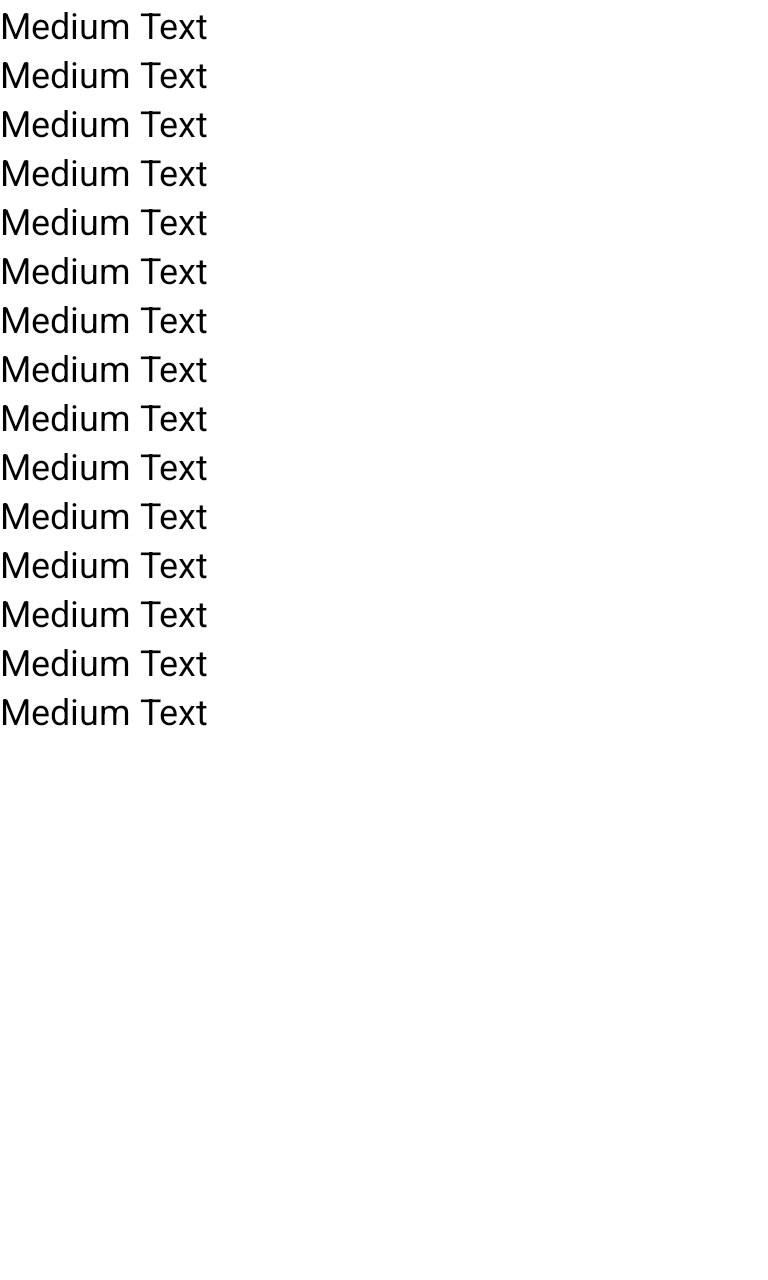
Repository: hieu19926/Non_cable_networking
Layout: SecondGraders/res/layout/mucluc.xml
An editor plug-in stored every save of this project. The layout is shown before and after the next save, followed by the edit.
It is drawn on a 768 x 1280 px phone screen (xhdpi) without system bars, with theme AppTheme; the app's code is not run.

Above is the layout before, as saved 2014-10-05 07:42:48.

### SecondGraders/res/layout/mucluc.xml
<?xml version="1.0" encoding="utf-8"?>
<LinearLayout xmlns:android="http://schemas.android.com/apk/res/android"
    android:id="@+id/LinearLayout1"
    android:layout_width="match_parent"
    android:layout_height="match_parent"
    android:orientation="vertical" >

    <ScrollView
        android:id="@+id/scrollView1"
        android:layout_width="wrap_content"
        android:layout_height="wrap_content" >

        <LinearLayout
            android:layout_width="match_parent"
            android:layout_height="match_parent"
            android:orientation="vertical" >

            <TextView
                android:id="@+id/TextView12"
                android:layout_width="wrap_content"
                android:layout_height="wrap_content"
                android:text="Medium Text"
                android:textAppearance="?android:attr/textAppearanceMedium" />

            <TextView
                android:id="@+id/TextView11"
                android:layout_width="wrap_content"
                android:layout_height="wrap_content"
                android:text="Medium Text"
                android:textAppearance="?android:attr/textAppearanceMedium" />

            <TextView
                android:id="@+id/TextView10"
                android:layout_width="wrap_content"
                android:layout_height="wrap_content"
                android:text="Medium Text"
                android:textAppearance="?android:attr/textAppearanceMedium" />

            <TextView
                android:id="@+id/TextView09"
                android:layout_width="wrap_content"
                android:layout_height="wrap_content"
                android:text="Medium Text"
                android:textAppearance="?android:attr/textAppearanceMedium" />

            <TextView
                android:id="@+id/TextView08"
                android:layout_width="wrap_content"
                android:layout_height="wrap_content"
                android:text="Medium Text"
                android:textAppearance="?android:attr/textAppearanceMedium" />

            <TextView
                android:id="@+id/TextView07"
                android:layout_width="wrap_content"
                android:layout_height="wrap_content"
                android:text="Medium Text"
                android:textAppearance="?android:attr/textAppearanceMedium" />

            <TextView
                android:id="@+id/TextView06"
                android:layout_width="wrap_content"
                android:layout_height="wrap_content"
                android:text="Medium Text"
                android:textAppearance="?android:attr/textAppearanceMedium" />

            <TextView
                android:id="@+id/TextView05"
                android:layout_width="wrap_content"
                android:layout_height="wrap_content"
                android:text="Medium Text"
                android:textAppearance="?android:attr/textAppearanceMedium" />

            <TextView
                android:id="@+id/TextView04"
                android:layout_width="wrap_content"
                android:layout_height="wrap_content"
                android:text="Medium Text"
                android:textAppearance="?android:attr/textAppearanceMedium" />

            <TextView
                android:id="@+id/TextView03"
                android:layout_width="wrap_content"
                android:layout_height="wrap_content"
                android:text="Medium Text"
                android:textAppearance="?android:attr/textAppearanceMedium" />

            <TextView
                android:id="@+id/TextView02"
                android:layout_width="wrap_content"
                android:layout_height="wrap_content"
                android:text="Medium Text"
                android:textAppearance="?android:attr/textAppearanceMedium" />

            <TextView
                android:id="@+id/TextView01"
                android:layout_width="wrap_content"
                android:layout_height="wrap_content"
                android:text="Medium Text"
                android:textAppearance="?android:attr/textAppearanceMedium" />

            <TextView
                android:id="@+id/textView1"
                android:layout_width="wrap_content"
                android:layout_height="wrap_content"
                android:text="Medium Text"
                android:textAppearance="?android:attr/textAppearanceMedium" />

            <TextView
                android:id="@+id/textView2"
                android:layout_width="wrap_content"
                android:layout_height="wrap_content"
                android:text="Medium Text"
                android:textAppearance="?android:attr/textAppearanceMedium" />

            <TextView
                android:id="@+id/textView3"
                android:layout_width="wrap_content"
                android:layout_height="wrap_content"
                android:text="Medium Text"
                android:textAppearance="?android:attr/textAppearanceMedium" />

        </LinearLayout>

    </ScrollView>

</LinearLayout>

Loaded but not shown: SecondGraders/res/values/styles.xml (common file); SecondGraders/res/values-v11/styles.xml (common file); SecondGraders/res/values-v14/styles.xml (common file)

After the next save:
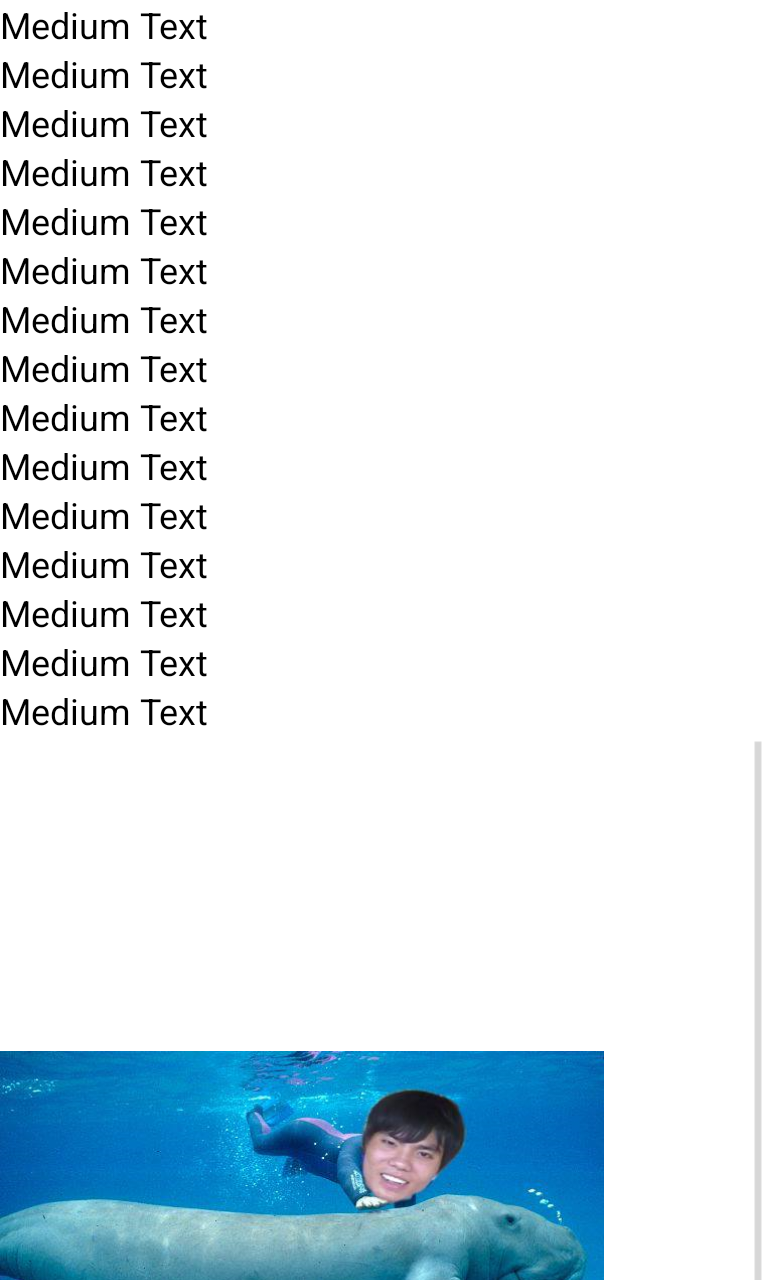
Saved 12 min 9 s later.
--- a/SecondGraders/res/layout/mucluc.xml
+++ b/SecondGraders/res/layout/mucluc.xml
@@ -1,14 +1,14 @@
 <?xml version="1.0" encoding="utf-8"?>
-<LinearLayout xmlns:android="http://schemas.android.com/apk/res/android"
-    android:id="@+id/LinearLayout1"
+<GridLayout xmlns:android="http://schemas.android.com/apk/res/android"
+    android:id="@+id/GridLayout1"
     android:layout_width="match_parent"
     android:layout_height="match_parent"
-    android:orientation="vertical" >
+    android:columnCount="2"
+    android:orientation="horizontal" >
 
     <ScrollView
         android:id="@+id/scrollView1"
-        android:layout_width="wrap_content"
-        android:layout_height="wrap_content" >
+        android:layout_gravity="fill_horizontal" >
 
         <LinearLayout
             android:layout_width="match_parent"
@@ -119,9 +119,36 @@
                 android:layout_height="wrap_content"
                 android:text="Medium Text"
                 android:textAppearance="?android:attr/textAppearanceMedium" />
-
         </LinearLayout>
-
     </ScrollView>
 
-</LinearLayout>
+    <ScrollView
+        android:id="@+id/scrollView2"
+        android:layout_column="0"
+        android:layout_gravity="fill_horizontal" >
+
+        <LinearLayout
+            android:layout_width="302dp"
+            android:layout_height="1269dp"
+            android:orientation="vertical" >
+
+            <ImageView
+                android:id="@+id/imageView1"
+                android:layout_width="wrap_content"
+                android:layout_height="wrap_content"
+                android:src="@drawable/ca_kua" />
+
+            <ImageView
+                android:id="@+id/imageView2"
+                android:layout_width="wrap_content"
+                android:layout_height="wrap_content"
+                android:src="@drawable/ca_kua" />
+        </LinearLayout>
+    </ScrollView>
+
+    <Space
+        android:layout_column="1"
+        android:layout_gravity="fill_vertical"
+        android:layout_row="2" />
+
+</GridLayout>
